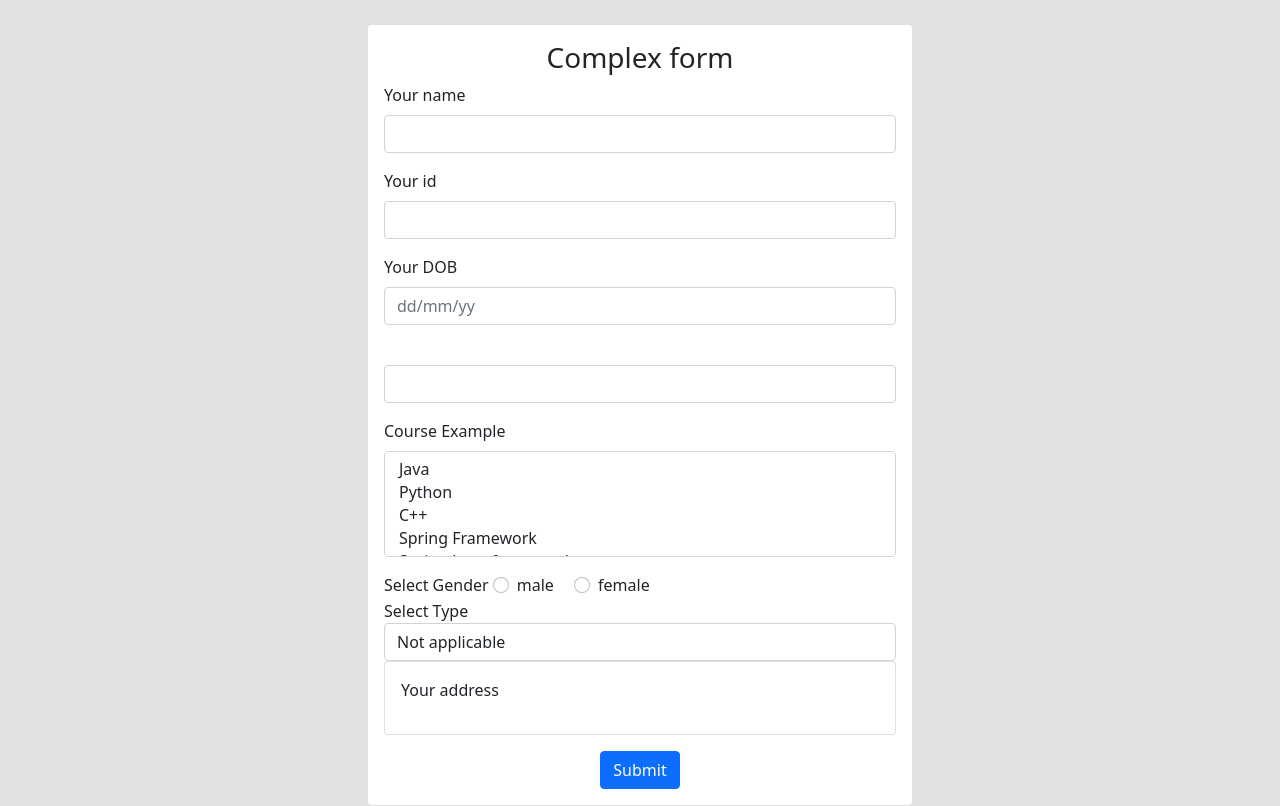
Repository: himanshurai26/Spring-Framewrok-code-
Page: http://localhost/SpringMvcSearch/WEB-INF/views/complex-form.jsp
An editor plug-in stored every save of this project. The page is shown before and after the next save, followed by the edit.
The browser window is 1280 px wide. The pictures show the whole page.
The page is served by Tomcat 9. Nobody is signed in. The template is opened directly, without the code that normally fills it, so the values that code supplies are empty.

Above is the page before, as saved 2023-07-28 18:09:26.

After the next save:
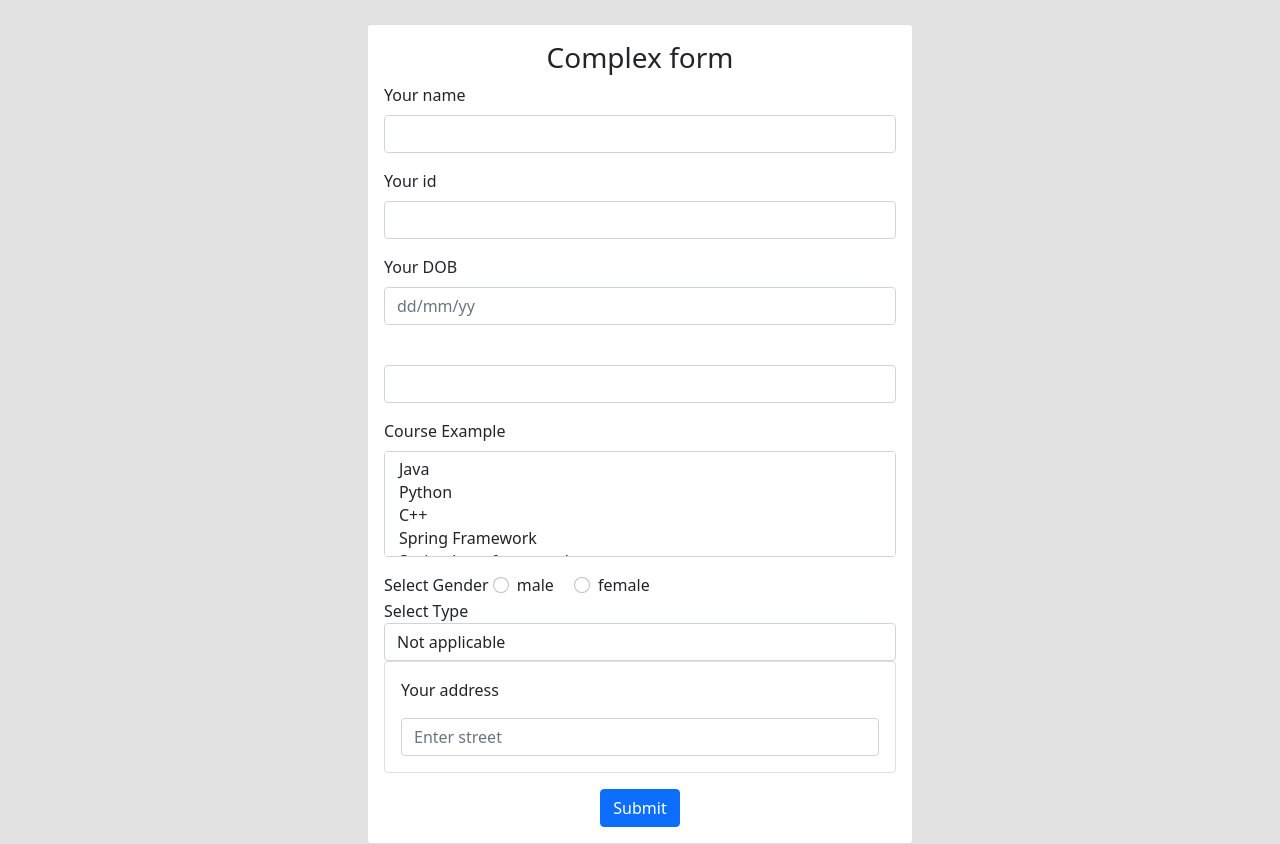
Saved 65 s later.
--- a/SpringMVC/SpringMvcSearch/src/main/webapp/WEB-INF/views/complex-form.jsp
+++ b/SpringMVC/SpringMvcSearch/src/main/webapp/WEB-INF/views/complex-form.jsp
@@ -88,7 +88,7 @@
     <p>Your address</p>
 
     <div class="form-group">
-
+    <input type="text" class="form-control" placeholder="Enter street" />
     </div>
     </div>
 
